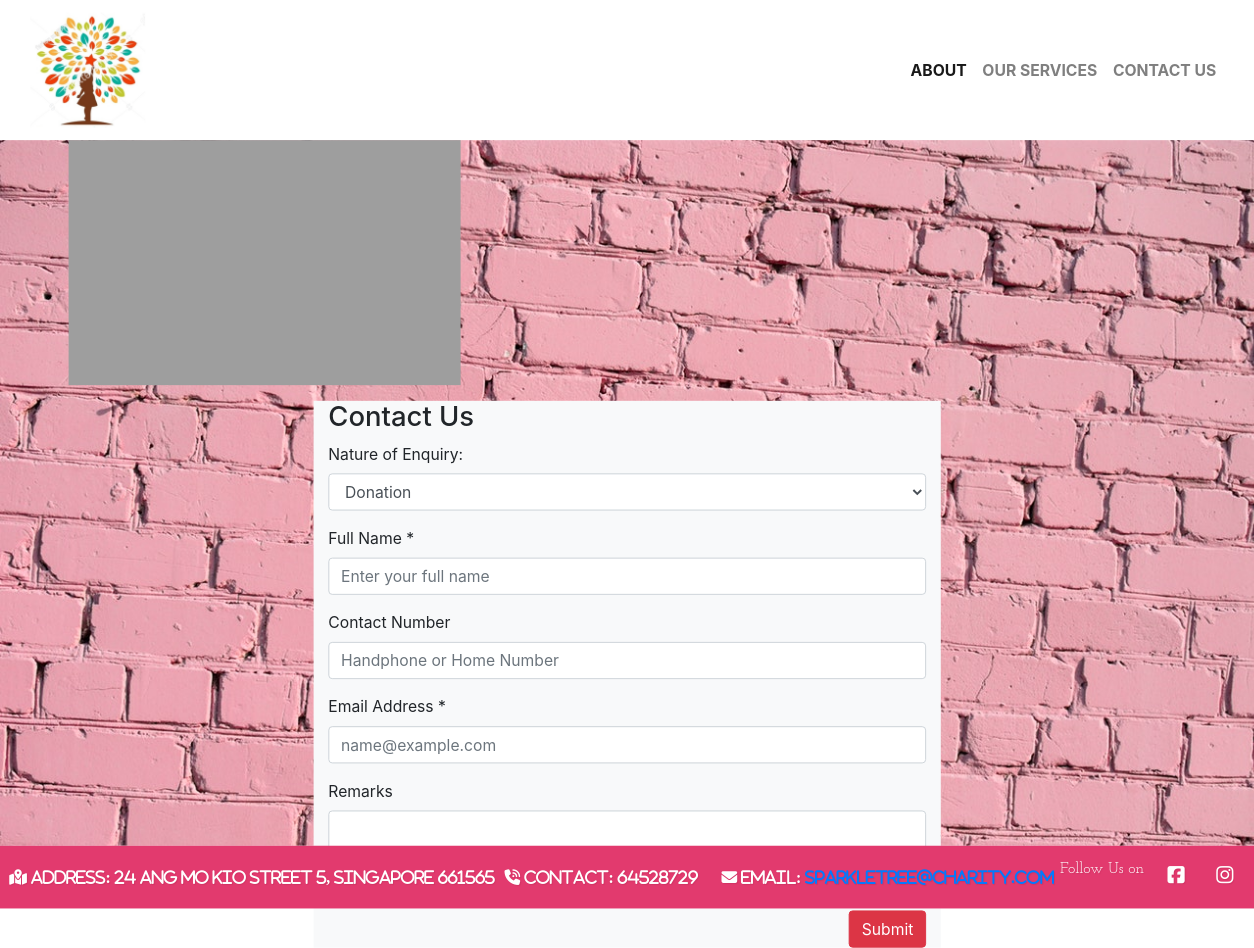
Repository: Code-Institute-Submissions/Jasonngyt-Project1
Page: enquiry.html
The author's editor kept a record of every edit. The page is drawn from the files as they stood at one moment, then again after the next edit.
The browser window is 1280 px wide. The pictures show the whole page, at 98% of full size.
Pictures or frames that could not be fetched are drawn as grey boxes. Some web fonts or font styles are not loaded; a fallback is used. Some web libraries are served in a nearby version.

Above is the page before.

After the next edit:
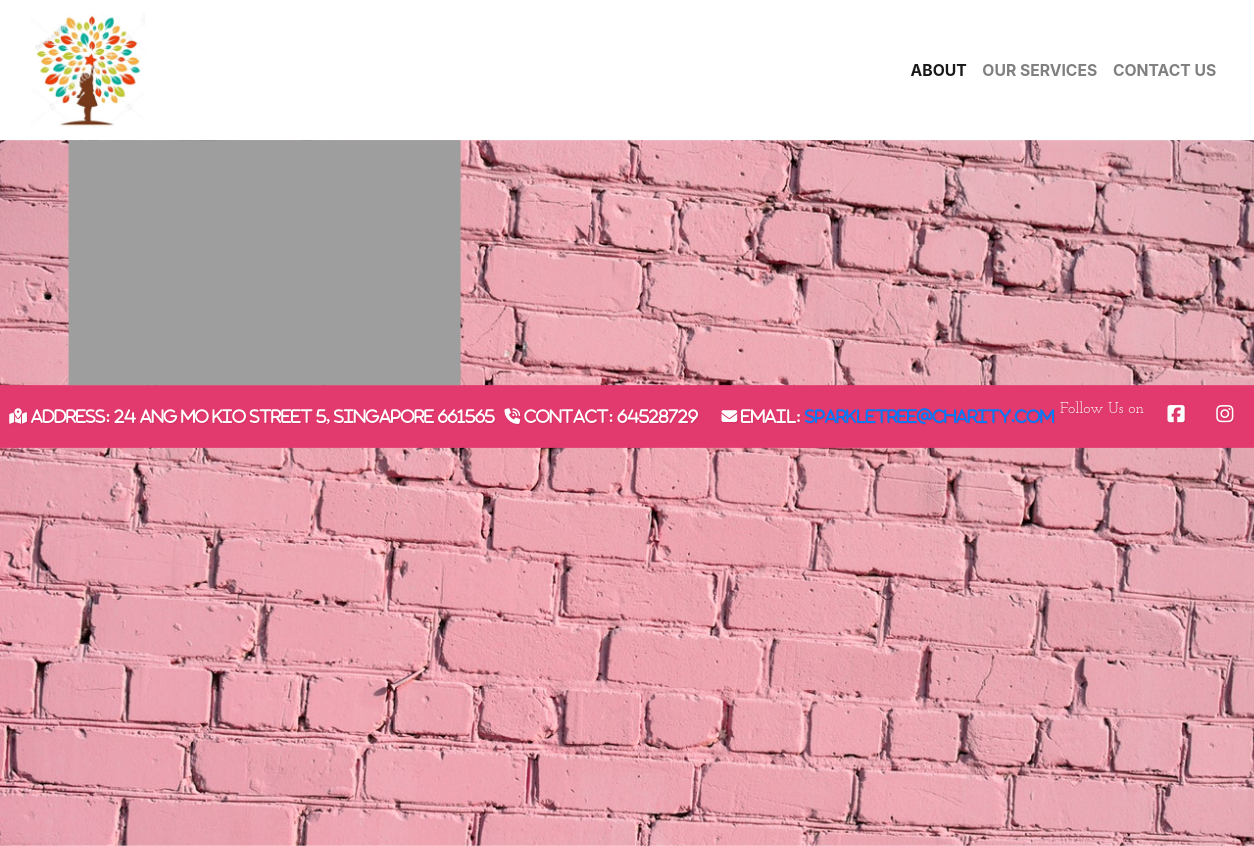
The edit:
--- a/enquiry.html
+++ b/enquiry.html
@@ -58,40 +58,7 @@
 
         </div>
     </div>
-        <!-- Form -->
-        <div class="container col-md-6 bg-light mt-3 form_bg">
-            <div><h3> Contact Us </h3></div>
-            <form>
-                <div class="form-group">
-                    <label for="EnquiryType">Nature of Enquiry: </label>
-                    <select class="form-control" id="EnquiryType">
-                        <option>Donation</option>
-                        <option>Volunter</option>
-                        <option>General Enquiries</option>
-                    </select>
-                </div>
-                <div class="form-group">
-                    <label for="formName">Full Name *</label>
-                    <input type="text" class="form-control" id="formName" placeholder="Enter your full name" required>
-                </div>
-                 <div class="form-group">
-                    <label for="formContact">Contact Number</label>
-                    <input type="tel" class="form-control" id="formContact" placeholder="Handphone or Home Number">
-                </div>
-                <div class="form-group">
-                    <label for="formEmail">Email Address *</label>
-                    <input type="email" class="form-control" id="formEmail" placeholder="name@example.com" required>
-                </div>
-                <div class="form-group">
-                    <label for="formRemarks">Remarks</label>
-                    <textarea class="form-control" id="formRemarks" rows="3"></textarea>
-                </div>
-                <div align="right">
-                    <button type="submit" class="btn btn-danger">Submit</button>
-                </div>
-            </form>
-        </div>
-    </div>
+
 
     <!-- Footer Navbar -->
     <nav class="navbar navbar-light justify-content-center position-relative footer_nav">
